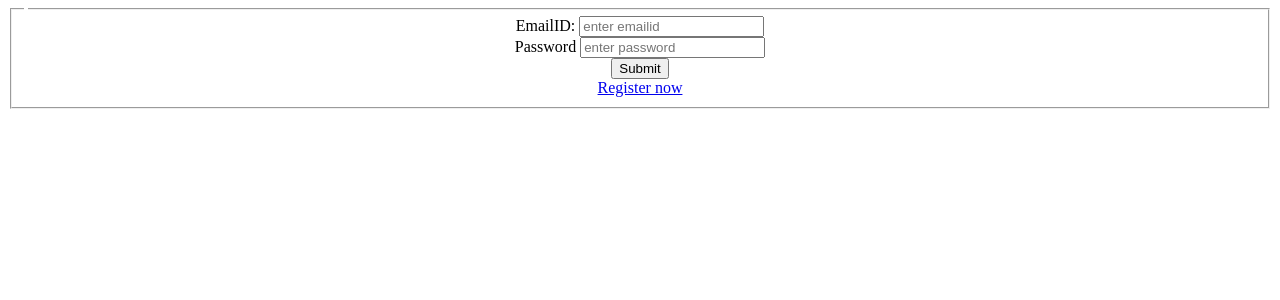
Repository: Tharungandhi/ServeltProject
Page: ServletJDBCApp/WebContent/login.html
An editor plug-in stored every save of this project. The page is shown before and after the next save, followed by the edit.
The browser window is 1280 px wide. The pictures show the whole page.

Above is the page before, as saved 2019-01-24 03:46:04.

After the next save:
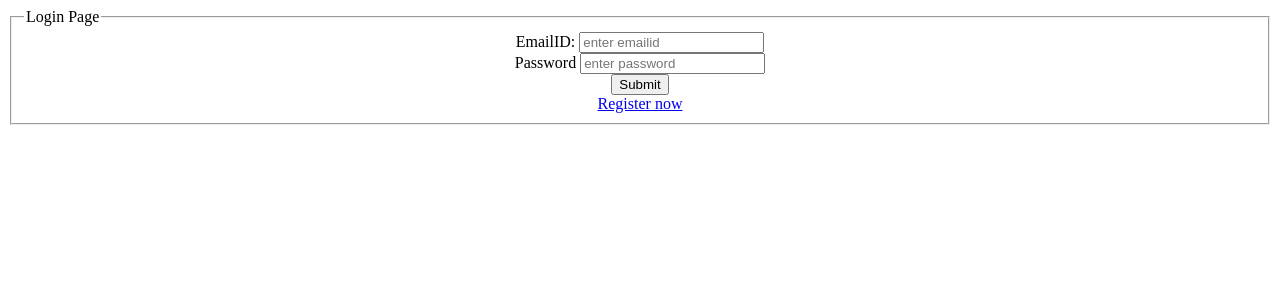
Saved 38 min 9 s later.
--- a/ServletJDBCApp/WebContent/login.html
+++ b/ServletJDBCApp/WebContent/login.html
@@ -8,7 +8,7 @@
 <form action="login" method="post">
 
 <fieldset>
-<legend> </legend>
+<legend>Login Page</legend>
 <div align="center">
 <div>
 <label>EmailID:</label>
